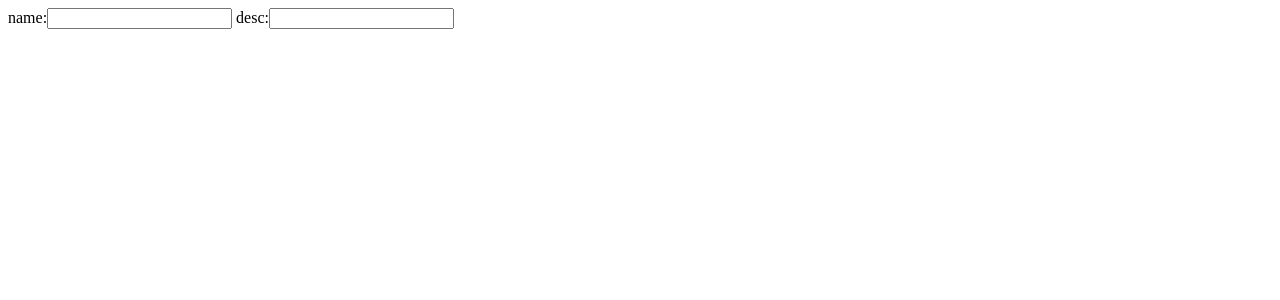
Repository: Ganesh9986320435/AllProjectsFromYestYantra
Page: http://localhost/mcdonaldsprojectjsp/menu.jsp
An editor plug-in stored every save of this project. The page is shown before and after the next save, followed by the edit.
The browser window is 1280 px wide. The pictures show the whole page.
The page is served by Tomcat 9.

Above is the page before, as saved 2023-01-31 11:54:09.

After the next save:
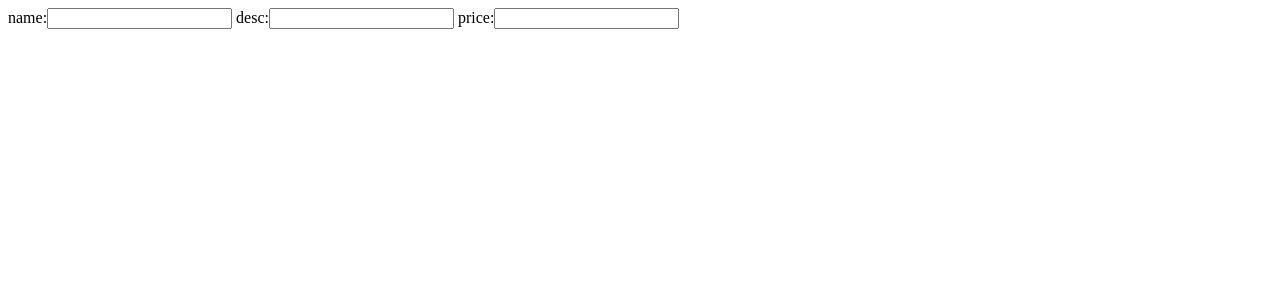
Saved 10 s later.
--- a/mcdonaldsprojectjsp/src/main/webapp/menu.jsp
+++ b/mcdonaldsprojectjsp/src/main/webapp/menu.jsp
@@ -10,7 +10,7 @@
 <form action="menu">
 name:<input type="text" name="name">
 desc:<input type="text" name="desc">
-
+price:<input type="text">
 
 
 
